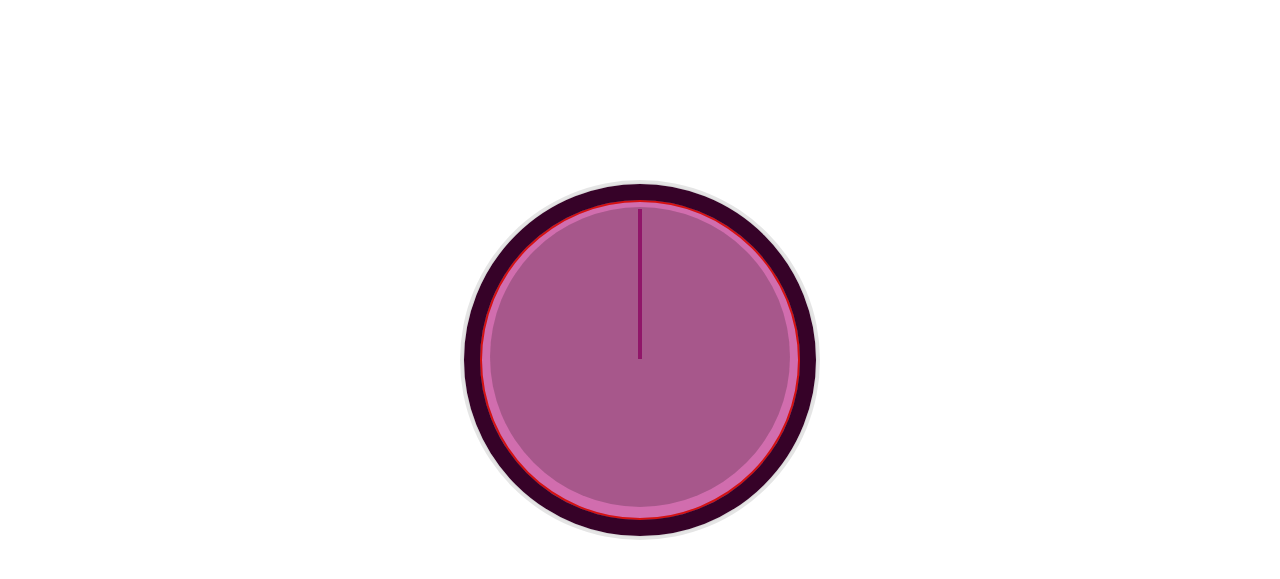
Repository: Freezler/javascript-css-clock
Page: index.html
The author's editor kept a copy of each file at every save. The page is drawn from the files as they stood at one save, then again after the next save.
The browser window is 1280 px wide. The pictures show the whole page.

Above is the page before, as saved 2024-08-24 15:59:46.

After the next save:
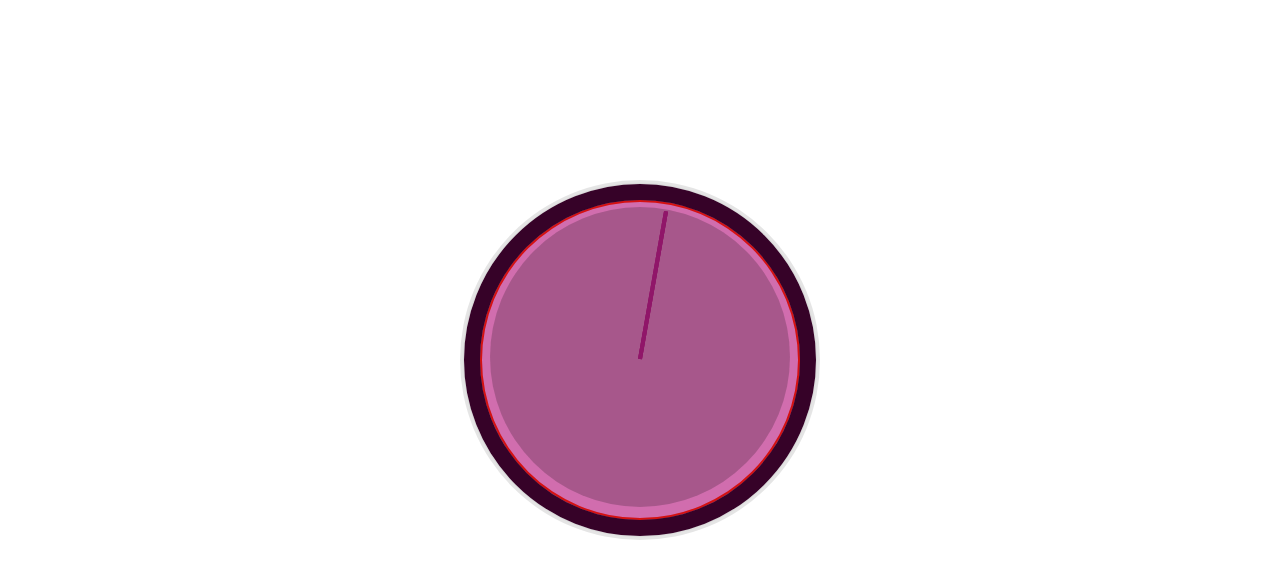
Saved 6 s later.
--- a/style.css
+++ b/style.css
@@ -52,7 +52,7 @@ body {
     top: 50%;
     z-index: 100;
     transform-origin: 100%;
-    transform: rotate(90deg);
+    transform: rotate(100deg);
     transition-timing-function: cubic-bezier(0.1, 2.7, 0.58, 1);
 }
 
